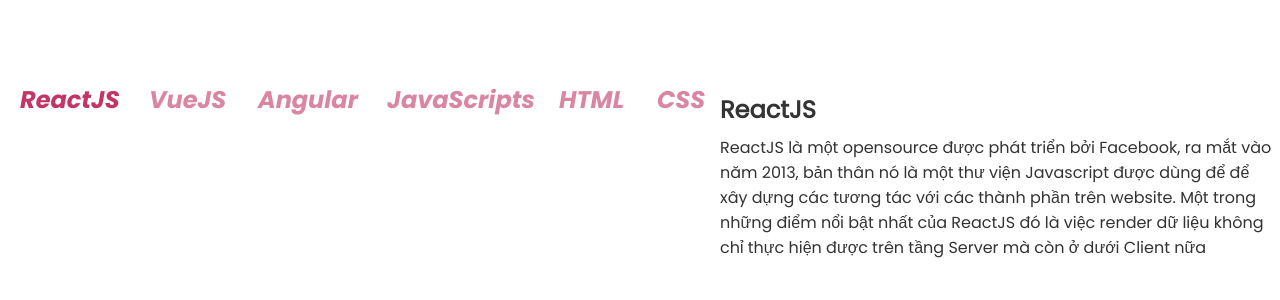
Repository: HoangLong0210/TabsUI
Page: index.html
The author's editor kept a copy of each file at every save. The page is drawn from the files as they stood at one save, then again after the next save.
The browser window is 1280 px wide. The pictures show the whole page.

Above is the page before, as saved 2022-05-16 11:36:27.

### index.html
<!DOCTYPE html>
<html lang="en">
<head>
    <meta charset="UTF-8">
    <meta http-equiv="X-UA-Compatible" content="IE=edge">
    <meta name="viewport" content="width=device-width, initial-scale=1.0">
    <title>Tabs UI</title>
    <!-- <link rel="stylesheet" href="./reset.css" /> -->
    <link rel="stylesheet" href="./style.css" />
    <link rel="preconnect" href="https://fonts.googleapis.com" />
    <link rel="preconnect" href="https://fonts.gstatic.com" crossorigin />
    <link
      href="https://fonts.googleapis.com/css2?family=Poppins:ital,wght@0,300;0,400;1,700&display=swap"
      rel="stylesheet"
    />
</head>
<body>
    <!-- tabs item -->
    <div class="tabs">
        <div class="tab__item active">
            <i class="fab fa-react">ReactJS</i>
        </div>
        <div class="tab__item">
            <i class="fab fa-vuejs">VueJS</i>
        </div>
        <div class="tab__item">
            <i class="fab fa-angular">Angular</i>
        </div>
        <div class="tab__item">
            <i class="fab fa-js">JavaScripts</i>
        </div>
        <div class="tab__item">
            <i class="fab fa-html5">HTML</i>
        </div>
        <div class="tab__item">
            <i class="fab fa-css3">CSS</i>
        </div>
        <div class="line"></div>
    </div>


    <!-- tabs content -->
    <div class="content">
        <div class="content__description active">
            <h2>ReactJS</h2>
            <p>ReactJS là một opensource được phát triển bởi Facebook, ra mắt vào năm 2013, bản thân nó là một thư viện Javascript được dùng để để xây dựng các tương tác với các thành phần trên website. Một trong những điểm nổi bật nhất của ReactJS đó là việc render dữ liệu không chỉ thực hiện được trên tầng Server mà còn ở dưới Client nữa</p>
        </div>
        <div class="content__description">
            <h2>VueJS</h2>
            <p>VueJS là một framework linh động dùng để xây dựng giao diện người dùng. Khác với các framework nguyên khối, Vue được thiết kế từ đầu theo hướng cho phép và khuyến khích việc phát triển ứng dụng theo các bước</p>
        </div>
        <div class="content__description">
            <h2>Angular</h2>
            <p>Angular là một JavaScript framework dùng để viết giao diện web (Front-end), được phát triển bởi Google</p>
        </div>
        <div class="content__description">
            <h2>JavaScripts</h2>
            <p>JavaScripts là một ngôn ngữ lập trình thông dịch được phát triển từ các ý niệm nguyên mẫu</p>
        </div>
        <div class="content__description">
            <h2>HTML</h2>
            <p>HTML là một ngôn ngữ đánh dấu được thiết kế ra để tạo nên các trang web trên World Wide Web. Nó có thể được trợ giúp bởi các công nghệ như CSS và các ngôn ngữ kịch bản giống như JavaScript</p>
        </div>
        <div class="content__description">
            <h2>CSS</h2>
            <p>CSS là chữ viết tắt của Cascading Style Sheets, nó là một ngôn ngữ được sử dụng để tìm và định dạng lại các phần tử được tạo ra bởi các ngôn ngữ đánh dấu (HTML)</p>
        </div>
    </div>
</body>
</html>

### style.css
* {
  padding: 0;
  margin: 0;
  box-sizing: border-box;
}

html {
  font-size: 62.5%;
}

body {
  display: flex;
  font-family: "Poppins", sans-serif;
  font-size: 1.6rem;
}

body > div {
  margin: 5% auto 0;
  max-width: 720px;
}

.tabs {
  display: flex;
  position: relative;
}

.tabs .line {
  position: absolute;
  left: 0;
  bottom: 0;
  width: 0;
  height: 6px;
  border-radius: 15px;
  background-color: #c23564;
  transition: all 0.2s ease;
}

.tab__item {
  min-width: 80px;
  padding: 16px 20px 11px 20px;
  font-size: 20px;
  text-align: center;
  color: #c23564;
  background-color: #fff;
  border-top-left-radius: 5px;
  border-top-right-radius: 5px;
  border-bottom: 5px solid transparent;
  opacity: 0.6;
  cursor: pointer;
  transition: all 0.5s ease;
}

.fab {
  font-size: 24px;
  width: 32px;
  position: relative;
  top: 2px;
}

.tab__item:hover {
  opacity: 1;
  background-color: rgba(194, 53, 100, 0.05);
  border-color: rgba(194, 53, 100, 0.1);
}

.tab__item.active {
  opacity: 1;
}

.content {
  padding: 28px 0;
}

.content__description {
  color: #333;
  display: none;
}

.content__description.active {
  display: block;
}

.content__description h2 {
  font-size: 24px;
  margin-bottom: 8px;
}

After the next save:
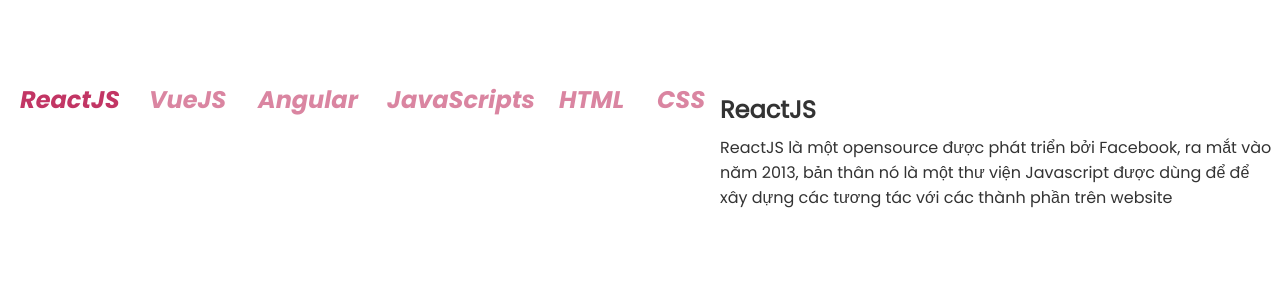
Saved 37 s later.
--- a/index.html
+++ b/index.html
@@ -43,7 +43,7 @@
     <div class="content">
         <div class="content__description active">
             <h2>ReactJS</h2>
-            <p>ReactJS là một opensource được phát triển bởi Facebook, ra mắt vào năm 2013, bản thân nó là một thư viện Javascript được dùng để để xây dựng các tương tác với các thành phần trên website. Một trong những điểm nổi bật nhất của ReactJS đó là việc render dữ liệu không chỉ thực hiện được trên tầng Server mà còn ở dưới Client nữa</p>
+            <p>ReactJS là một opensource được phát triển bởi Facebook, ra mắt vào năm 2013, bản thân nó là một thư viện Javascript được dùng để để xây dựng các tương tác với các thành phần trên website</p>
         </div>
         <div class="content__description">
             <h2>VueJS</h2>
